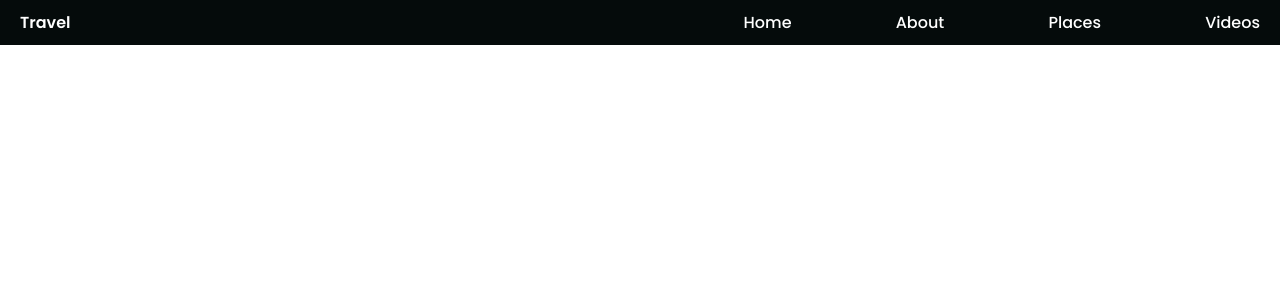
Repository: OmniaRafat232111121/Traveling
Page: index.html
The author's editor kept a copy of each file at every save. The page is drawn from the files as they stood at one save, then again after a run of saves.
The browser window is 1280 px wide. The pictures show the whole page.

Above is the page before, as saved 2022-12-19 22:26:45.

After the next 2 saves:
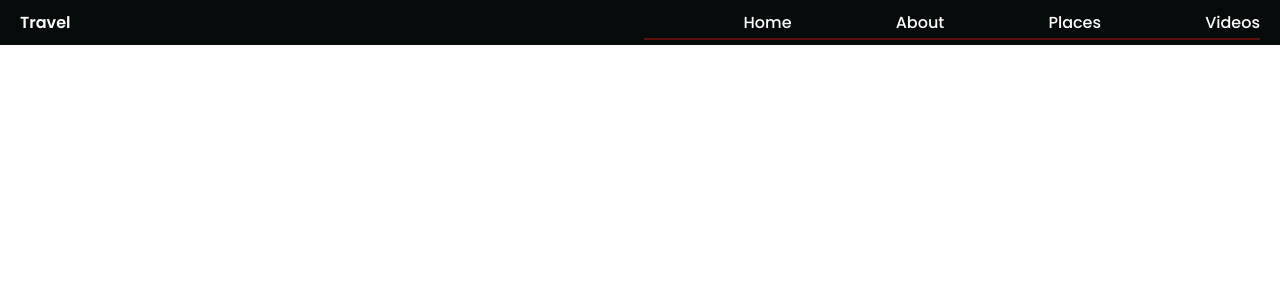
The 2 saves are shown as one change because they came seconds apart.
The last was saved 37 s later.
--- a/css/style.css
+++ b/css/style.css
@@ -48,7 +48,7 @@ nav  a::after{
     content:'';
     width:100%;
     height:2px;
-    color:rgb(92, 13, 13);
+    background-color:rgb(92, 13, 13);
     position: absolute;
     bottom: -5px;
     left:0;
